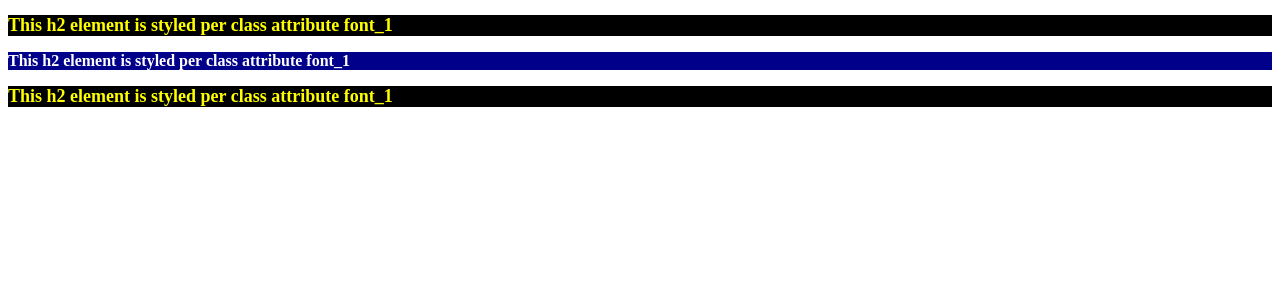
Repository: linas-dev/HTML-CSS-Projects
Page: Basic_HTML_and_CSS/Basic_HTML_4.html
An editor plug-in stored every save of this project. The page is shown before and after the next save, followed by the edit.
The browser window is 1280 px wide. The pictures show the whole page.

Above is the page before, as saved 2021-05-26 23:12:08.

After the next save:
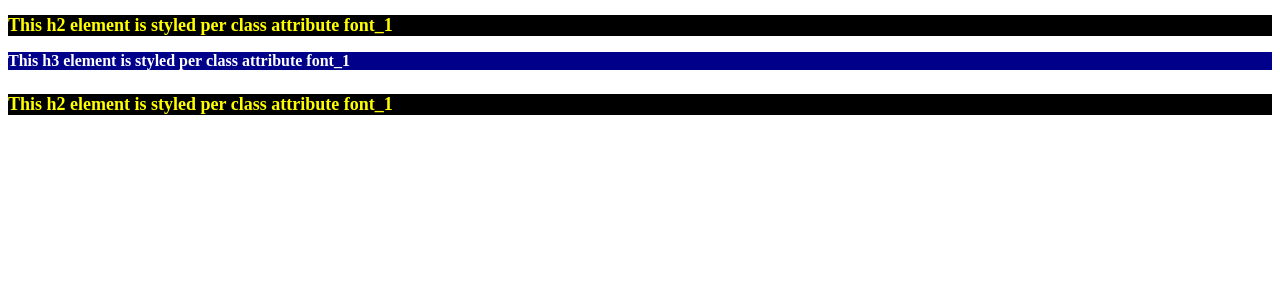
Saved 15 s later.
--- a/Basic_HTML_and_CSS/Basic_HTML_4.html
+++ b/Basic_HTML_and_CSS/Basic_HTML_4.html
@@ -21,7 +21,7 @@
         }
     </style>
     <h2 class="font_1">This h2 element is styled per class attribute font_1</h2>
-    <h3 class="font_2">This h2 element is styled per class attribute font_1</h3>
-    <h2 class="font_1">This h2 element is styled per class attribute font_1</h2>
+    <h3 class="font_2">This h3 element is styled per class attribute font_1</h3>
+    <h4 class="font_1">This h2 element is styled per class attribute font_1</h4>
 </body>
 </html>
